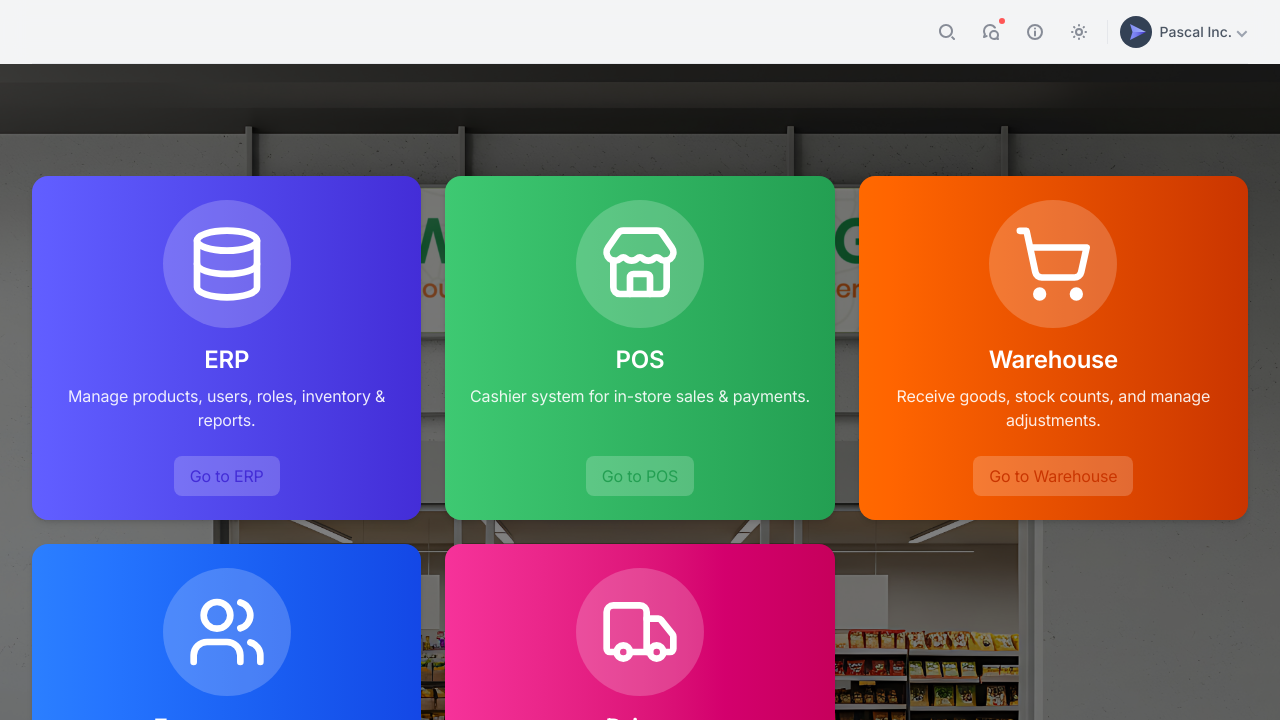
Repository: chykesure/grox-supermarket
Page: /
These files come from the project's save history. The page is drawn as it stood at one moment and after the next save; the edit follows.
The browser window is 1280 px wide. The pictures show the whole page.
An inner scrolling area shows only its first screen. The project was rebuilt for these pictures with package versions that can differ from the ones it lists, and the page was loaded fresh each time. Some packages were replaced by stand-ins written for this rebuild. Also part of the build but not shown: vite.config.js, src/partials/SidebarLinkGroup.jsx, src/partials/Sidebar.jsx, src/components/DropdownFilter.jsx, src/lib/utils.ts, src/components/ui/calendar.jsx, src/components/ui/popover.jsx, src/components/Datepicker.jsx and 66 more.

Above is the page before, as saved 2025-11-14 16:05:13.

After the next save:
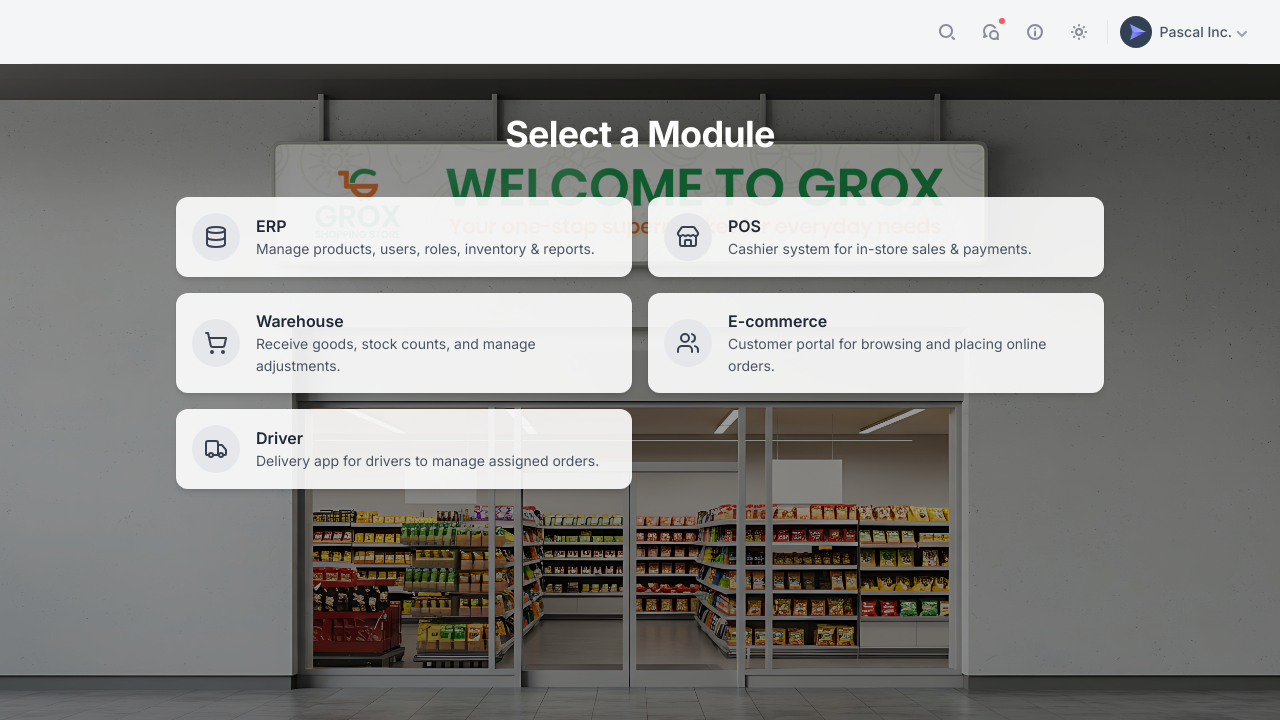
Saved 5 min 28 s later.
--- a/src/pages/Menu.jsx
+++ b/src/pages/Menu.jsx
@@ -9,51 +9,11 @@
   const [loading, setLoading] = useState(false);
 
   const modules = [
-    {
-      title: "ERP",
-      description: "Manage products, users, roles, inventory & reports.",
-      icon: Database,
-      link: "/erp-login",
-      gradient: "from-indigo-500 to-indigo-700",
-      buttonColor: "text-indigo-700",
-      available: true,
-    },
-    {
-      title: "POS",
-      description: "Cashier system for in-store sales & payments.",
-      icon: Store,
-      link: "/pos-login",
-      gradient: "from-green-500 to-green-700",
-      buttonColor: "text-green-700",
-      available: true,
-    },
-    {
-      title: "Warehouse",
-      description: "Receive goods, stock counts, and manage adjustments.",
-      icon: ShoppingCart,
-      link: "/warehouse",
-      gradient: "from-orange-500 to-orange-700",
-      buttonColor: "text-orange-700",
-      available: false,
-    },
-    {
-      title: "E-commerce",
-      description: "Customer portal for browsing and placing online orders.",
-      icon: Users,
-      link: "/ecommerce",
-      gradient: "from-blue-500 to-blue-700",
-      buttonColor: "text-blue-700",
-      available: false,
-    },
-    {
-      title: "Driver",
-      description: "Delivery app for drivers to manage assigned orders.",
-      icon: Truck,
-      link: "/driver",
-      gradient: "from-pink-500 to-pink-700",
-      buttonColor: "text-pink-700",
-      available: false,
-    },
+    { title: "ERP", description: "Manage products, users, roles, inventory & reports.", icon: Database, link: "/erp-login", available: true },
+    { title: "POS", description: "Cashier system for in-store sales & payments.", icon: Store, link: "/pos-login", available: true },
+    { title: "Warehouse", description: "Receive goods, stock counts, and manage adjustments.", icon: ShoppingCart, link: "/warehouse", available: false },
+    { title: "E-commerce", description: "Customer portal for browsing and placing online orders.", icon: Users, link: "/ecommerce", available: false },
+    { title: "Driver", description: "Delivery app for drivers to manage assigned orders.", icon: Truck, link: "/driver", available: false },
   ];
 
   const handleModuleClick = (mod) => {
@@ -75,7 +35,7 @@
   };
 
   return (
-    <div className="flex h-screen overflow-hidden bg-gray-100">
+    <div className="flex h-screen overflow-hidden bg-gray-50">
       {/* Loading Overlay */}
       {loading && (
         <div className="fixed inset-0 z-[9999] flex flex-col items-center justify-center bg-white/80 backdrop-blur-sm">
@@ -95,32 +55,28 @@
 
         <main className="grow relative">
           <div className="absolute inset-0 bg-cover bg-center" style={{ backgroundImage: "url('/banner1.jpg')" }}>
-            <div className="absolute inset-0 bg-black/50"></div>
+            <div className="absolute inset-0 bg-black/40"></div>
           </div>
 
-          <div className="relative z-10 px-4 sm:px-6 lg:px-8 py-8 w-full max-w-9xl mx-auto">
-            <div className="grid grid-cols-1 sm:grid-cols-2 lg:grid-cols-3 gap-6 mt-20">
+          <div className="relative z-10 px-4 sm:px-6 lg:px-12 py-12 max-w-5xl mx-auto">
+            <h1 className="text-3xl sm:text-4xl font-bold text-white mb-10 text-center">Select a Module</h1>
+
+            <div className="grid grid-cols-1 sm:grid-cols-2 gap-4">
               {modules.map((mod) => (
-                <motion.div
+                <motion.button
                   key={mod.title}
-                  className={`rounded-2xl p-6 flex flex-col items-center justify-between text-white shadow-md transition-all duration-300 hover:shadow-xl bg-gradient-to-r ${mod.gradient}`}
-                  whileHover={{ scale: 1.05 }}
+                  onClick={() => handleModuleClick(mod)}
+                  whileHover={{ scale: 1.02 }}
+                  className="flex items-center gap-4 p-4 bg-white/90 rounded-xl shadow-md hover:shadow-xl transition duration-300"
                 >
-                  <div className="flex flex-col items-center text-center">
-                    <div className="p-4 bg-white/20 rounded-full mb-4 flex items-center justify-center w-24 h-24 sm:w-28 sm:h-28 lg:w-32 lg:h-32">
-                      <mod.icon className="w-12 h-12 sm:w-16 sm:h-16 lg:w-20 lg:h-20 text-white" />
-                    </div>
-                    <h2 className="text-xl sm:text-2xl font-semibold">{mod.title}</h2>
-                    <p className="text-sm sm:text-base opacity-90 mt-2">{mod.description}</p>
+                  <div className="p-3 bg-gray-200 rounded-full flex items-center justify-center">
+                    <mod.icon className="w-6 h-6 text-gray-700" />
                   </div>
-
-                  <button
-                    onClick={() => handleModuleClick(mod)}
-                    className="mt-6 inline-block text-center bg-white/20 hover:bg-white/30 px-4 py-2 rounded-lg text-sm sm:text-base transition"
-                  >
-                    <span className={mod.buttonColor}>Go to {mod.title}</span>
-                  </button>
-                </motion.div>
+                  <div className="text-left">
+                    <h2 className="font-semibold text-gray-800">{mod.title}</h2>
+                    <p className="text-gray-600 text-sm">{mod.description}</p>
+                  </div>
+                </motion.button>
               ))}
             </div>
           </div>

After the save that followed:
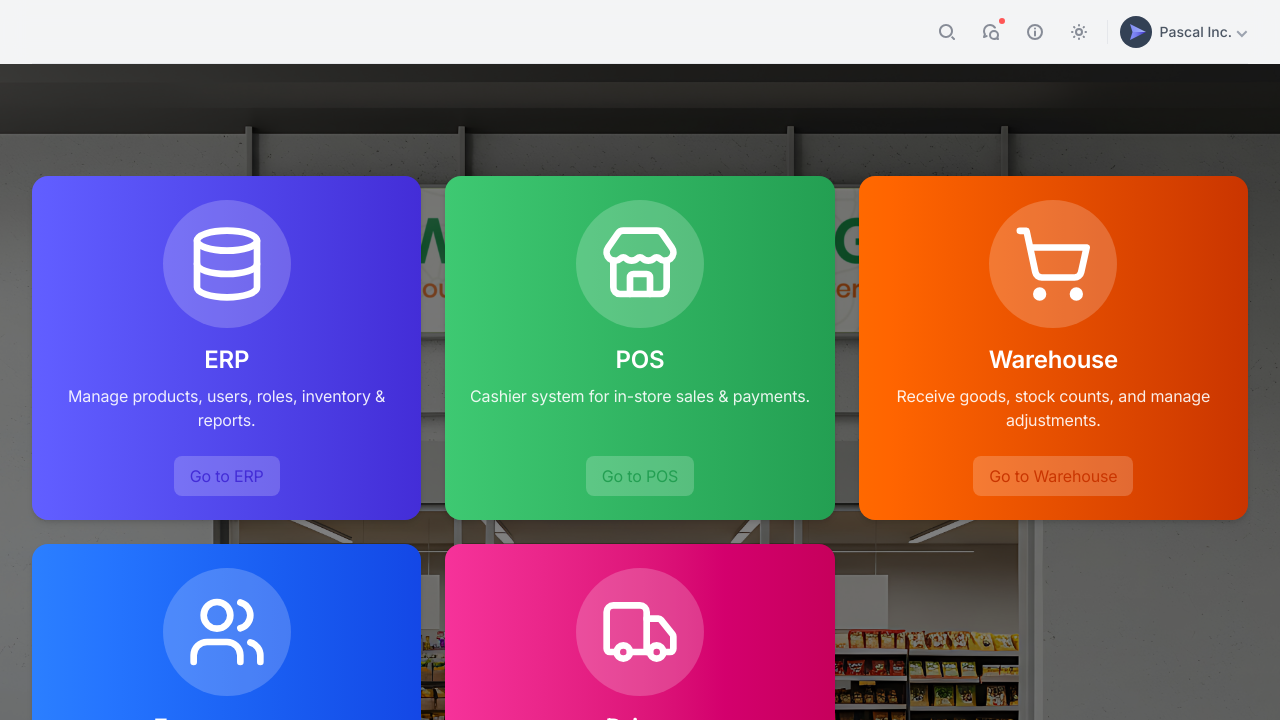
Saved 33 s later.
--- a/src/pages/Menu.jsx
+++ b/src/pages/Menu.jsx
@@ -9,11 +9,51 @@
   const [loading, setLoading] = useState(false);
 
   const modules = [
-    { title: "ERP", description: "Manage products, users, roles, inventory & reports.", icon: Database, link: "/erp-login", available: true },
-    { title: "POS", description: "Cashier system for in-store sales & payments.", icon: Store, link: "/pos-login", available: true },
-    { title: "Warehouse", description: "Receive goods, stock counts, and manage adjustments.", icon: ShoppingCart, link: "/warehouse", available: false },
-    { title: "E-commerce", description: "Customer portal for browsing and placing online orders.", icon: Users, link: "/ecommerce", available: false },
-    { title: "Driver", description: "Delivery app for drivers to manage assigned orders.", icon: Truck, link: "/driver", available: false },
+    {
+      title: "ERP",
+      description: "Manage products, users, roles, inventory & reports.",
+      icon: Database,
+      link: "/erp-login",
+      gradient: "from-indigo-500 to-indigo-700",
+      buttonColor: "text-indigo-700",
+      available: true,
+    },
+    {
+      title: "POS",
+      description: "Cashier system for in-store sales & payments.",
+      icon: Store,
+      link: "/pos-login",
+      gradient: "from-green-500 to-green-700",
+      buttonColor: "text-green-700",
+      available: true,
+    },
+    {
+      title: "Warehouse",
+      description: "Receive goods, stock counts, and manage adjustments.",
+      icon: ShoppingCart,
+      link: "/warehouse",
+      gradient: "from-orange-500 to-orange-700",
+      buttonColor: "text-orange-700",
+      available: false,
+    },
+    {
+      title: "E-commerce",
+      description: "Customer portal for browsing and placing online orders.",
+      icon: Users,
+      link: "/ecommerce",
+      gradient: "from-blue-500 to-blue-700",
+      buttonColor: "text-blue-700",
+      available: false,
+    },
+    {
+      title: "Driver",
+      description: "Delivery app for drivers to manage assigned orders.",
+      icon: Truck,
+      link: "/driver",
+      gradient: "from-pink-500 to-pink-700",
+      buttonColor: "text-pink-700",
+      available: false,
+    },
   ];
 
   const handleModuleClick = (mod) => {
@@ -35,7 +75,7 @@
   };
 
   return (
-    <div className="flex h-screen overflow-hidden bg-gray-50">
+    <div className="flex h-screen overflow-hidden bg-gray-100">
       {/* Loading Overlay */}
       {loading && (
         <div className="fixed inset-0 z-[9999] flex flex-col items-center justify-center bg-white/80 backdrop-blur-sm">
@@ -55,28 +95,32 @@
 
         <main className="grow relative">
           <div className="absolute inset-0 bg-cover bg-center" style={{ backgroundImage: "url('/banner1.jpg')" }}>
-            <div className="absolute inset-0 bg-black/40"></div>
+            <div className="absolute inset-0 bg-black/50"></div>
           </div>
 
-          <div className="relative z-10 px-4 sm:px-6 lg:px-12 py-12 max-w-5xl mx-auto">
-            <h1 className="text-3xl sm:text-4xl font-bold text-white mb-10 text-center">Select a Module</h1>
+          <div className="relative z-10 px-4 sm:px-6 lg:px-8 py-8 w-full max-w-9xl mx-auto">
+            <div className="grid grid-cols-1 sm:grid-cols-2 lg:grid-cols-3 gap-6 mt-20">
+              {modules.map((mod) => (
+                <motion.div
+                  key={mod.title}
+                  className={`rounded-2xl p-6 flex flex-col items-center justify-between text-white shadow-md transition-all duration-300 hover:shadow-xl bg-gradient-to-r ${mod.gradient}`}
+                  whileHover={{ scale: 1.05 }}
+                >
+                  <div className="flex flex-col items-center text-center">
+                    <div className="p-4 bg-white/20 rounded-full mb-4 flex items-center justify-center w-24 h-24 sm:w-28 sm:h-28 lg:w-32 lg:h-32">
+                      <mod.icon className="w-12 h-12 sm:w-16 sm:h-16 lg:w-20 lg:h-20 text-white" />
+                    </div>
+                    <h2 className="text-xl sm:text-2xl font-semibold">{mod.title}</h2>
+                    <p className="text-sm sm:text-base opacity-90 mt-2">{mod.description}</p>
+                  </div>
 
-            <div className="grid grid-cols-1 sm:grid-cols-2 gap-4">
-              {modules.map((mod) => (
-                <motion.button
-                  key={mod.title}
-                  onClick={() => handleModuleClick(mod)}
-                  whileHover={{ scale: 1.02 }}
-                  className="flex items-center gap-4 p-4 bg-white/90 rounded-xl shadow-md hover:shadow-xl transition duration-300"
-                >
-                  <div className="p-3 bg-gray-200 rounded-full flex items-center justify-center">
-                    <mod.icon className="w-6 h-6 text-gray-700" />
-                  </div>
-                  <div className="text-left">
-                    <h2 className="font-semibold text-gray-800">{mod.title}</h2>
-                    <p className="text-gray-600 text-sm">{mod.description}</p>
-                  </div>
-                </motion.button>
+                  <button
+                    onClick={() => handleModuleClick(mod)}
+                    className="mt-6 inline-block text-center bg-white/20 hover:bg-white/30 px-4 py-2 rounded-lg text-sm sm:text-base transition"
+                  >
+                    <span className={mod.buttonColor}>Go to {mod.title}</span>
+                  </button>
+                </motion.div>
               ))}
             </div>
           </div>
